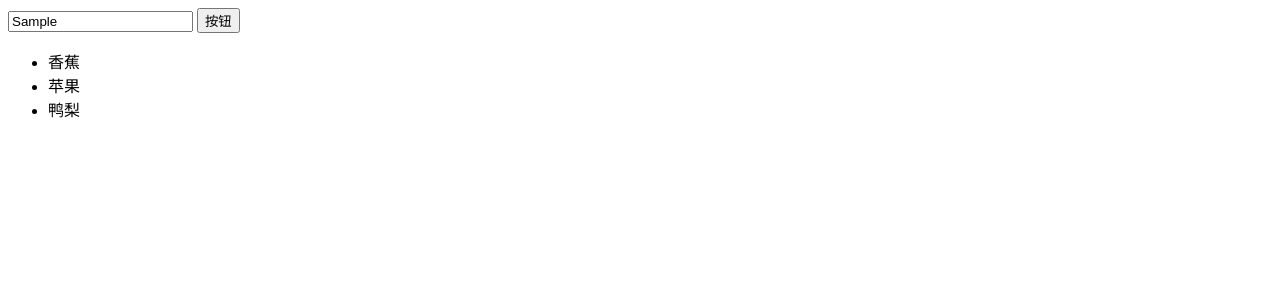
Repository: XiaoSheng-hub/vue_study
Page: JavaScript基础/Demo15.html
These files come from the project's save history. The page is drawn as it stood at one moment and after a run of saves; the edit follows.
The browser window is 1280 px wide. The pictures show the whole page.
Empty fields were first filled with sample values (such as "Sample", 5 or name@example.com).
After loading, the first visible `li` was clicked once.

Above is the page before, as saved 2022-04-13 08:25:14.

### JavaScript基础/Demo15.html
<!DOCTYPE html>
<html lang="en">

<head>
    <meta charset="UTF-8">
    <meta http-equiv="X-UA-Compatible" content="IE=edge">
    <meta name="viewport" content="width=device-width, initial-scale=1.0">
    <title>Demo15</title>
</head>

<body>
    <input type="text">
    <button>按钮</button>
    <ul>
        <li>香蕉</li>
        <li>苹果</li>
        <li>鸭梨</li>
    </ul>
    <script>
        let btn = document.querySelector("button");
        let ul = document.querySelector("ul");
        let inp = document.querySelector("input");
        let liList = document.querySelectorAll("ul li");
        btn.onclick = function () {
            let value = inp.value;
            let li = document.createElement("li");
            ul.appendChild(li);
            let txt = document.createTextNode(value);
            li.appendChild(txt);
        }

        for (let i in liList) {
            liList[i].onclick = function () {
            // ul.removeChild(this);

            }
        }
    </script>
</body>

</html>

After the next 2 saves:
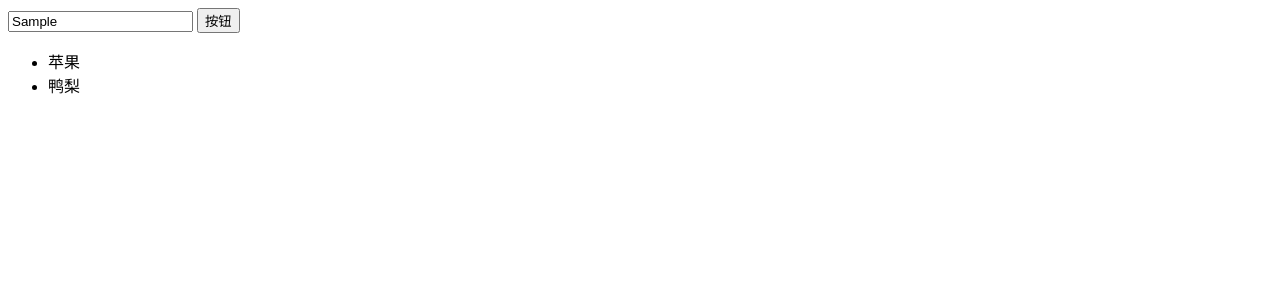
The 2 saves are shown as one change because they came seconds apart.
The last was saved 7 s later.
--- a/JavaScript基础/Demo15.html
+++ b/JavaScript基础/Demo15.html
@@ -31,8 +31,7 @@
 
         for (let i in liList) {
             liList[i].onclick = function () {
-            // ul.removeChild(this);
-
+                ul.removeChild(this);
             }
         }
     </script>
